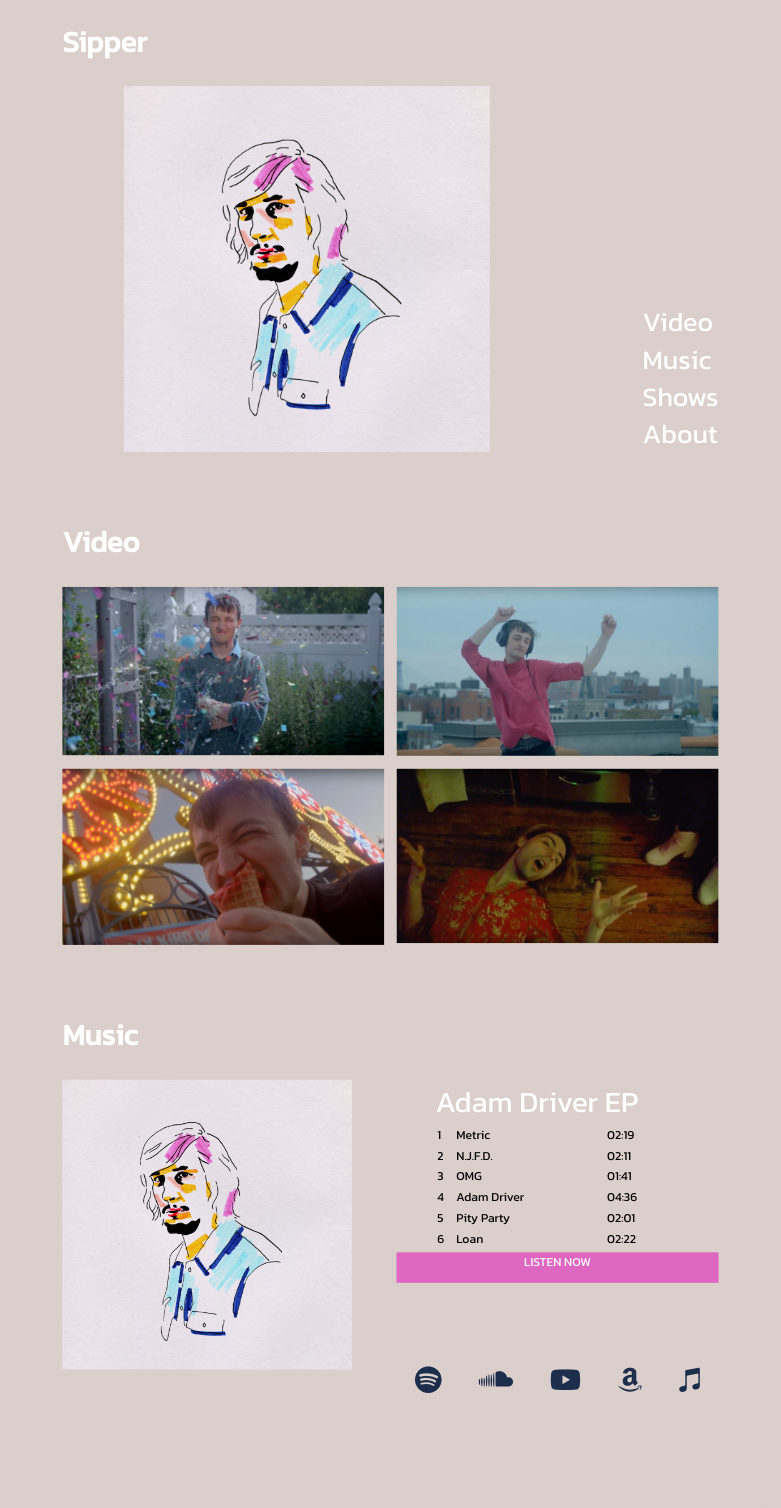
Repository: KrystellBarraza/SipperNYC
Page: index.html
An editor plug-in stored every save of this project. The page is shown before and after the next save, followed by the edit.
The browser window is 1280 px wide. The pictures show the whole page, at 61% of full size.
Some web libraries are served in a nearby version.

Above is the page before, as saved 2019-08-20 17:21:14.

After the next save:
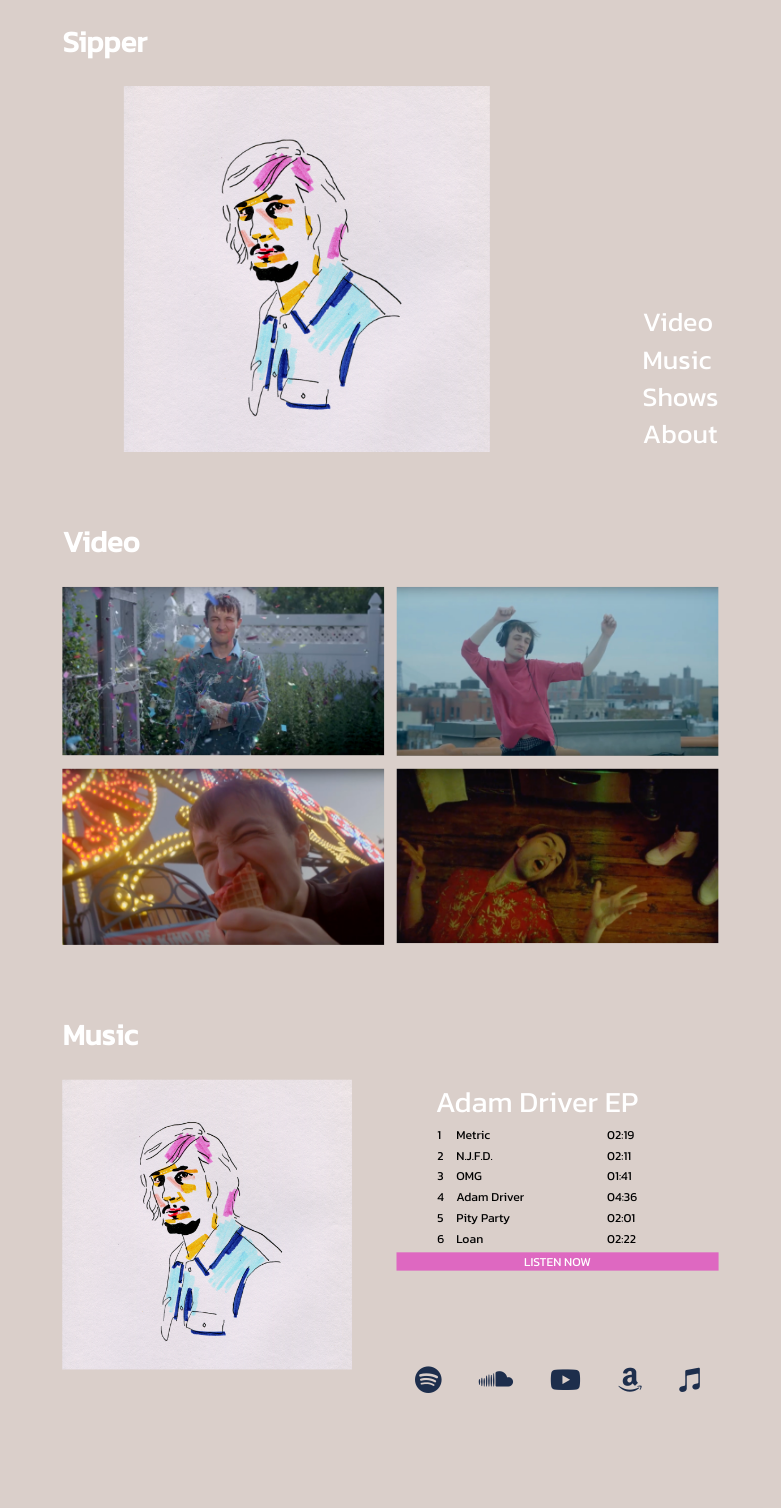
Saved 49 s later.
--- a/style.css
+++ b/style.css
@@ -487,7 +487,6 @@
 
 .listen {
     background: #de68c1;
-    height: 50px;
     font-family: 'Kanit', sans-serif;
     text-transform: uppercase;
     text-align: center;

After the save that followed:
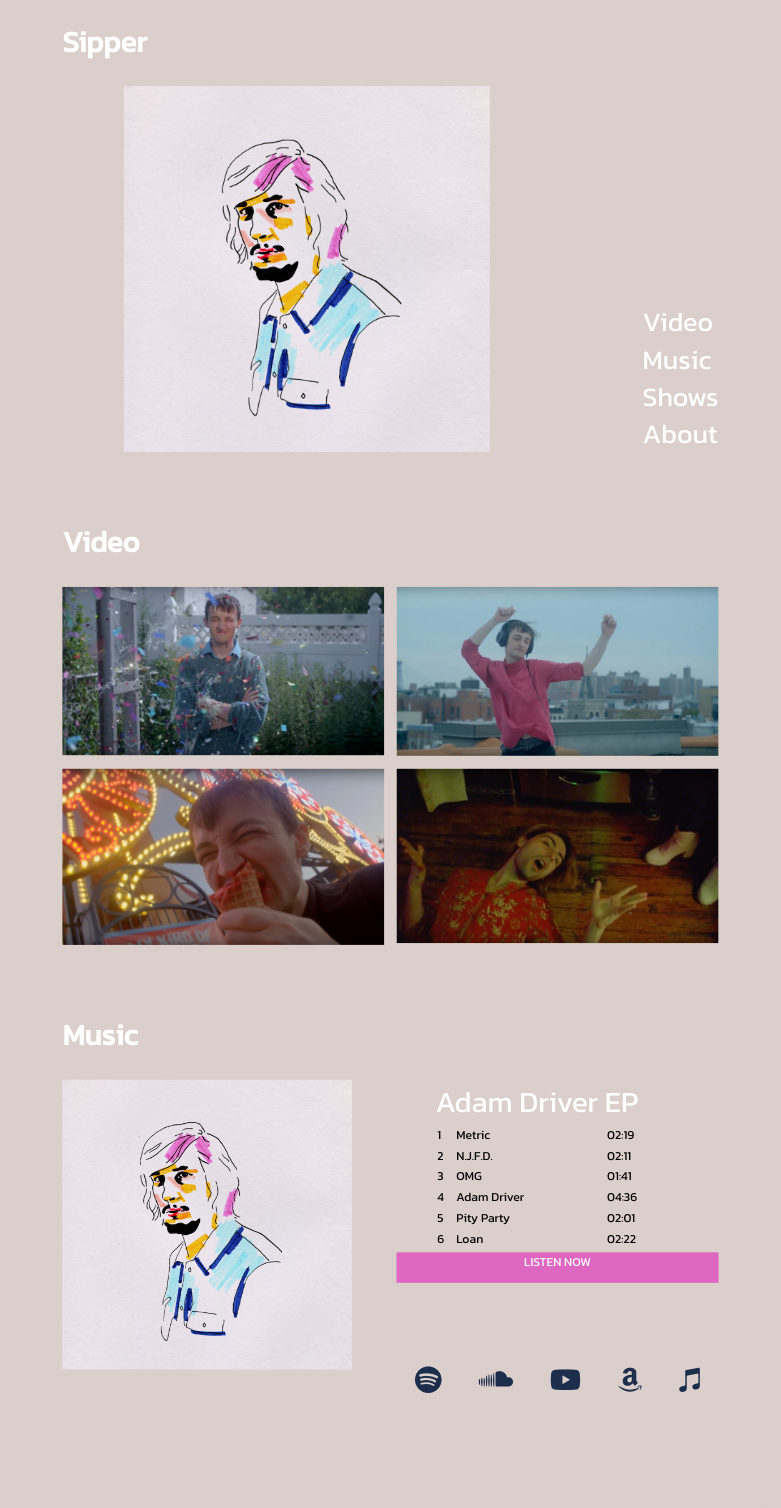
Saved 16 s later.
--- a/style.css
+++ b/style.css
@@ -490,7 +490,7 @@
     font-family: 'Kanit', sans-serif;
     text-transform: uppercase;
     text-align: center;
-    max-height: 65px;
+    height: 50px;
     font-size: 1.25em;
     -webkit-transition: 0.5s;
     transition: 0.5s;
